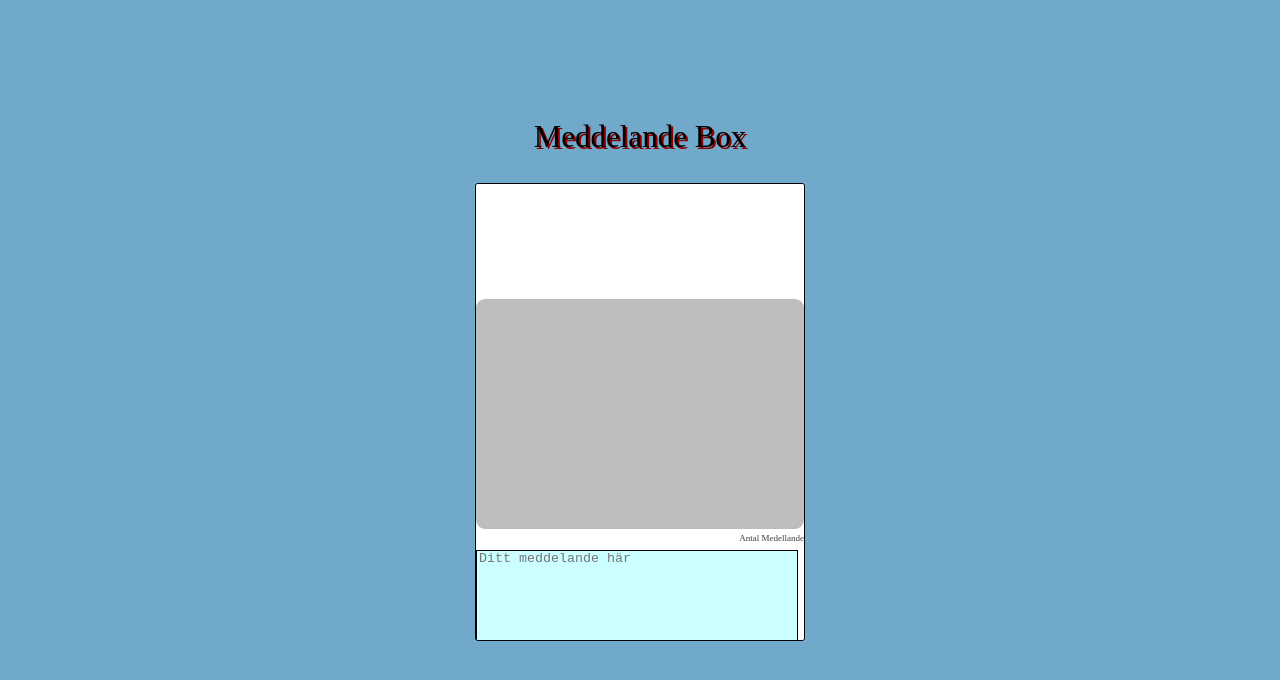
Repository: ls222vy/ls222vy-1dv403-laborationer
Page: 2-labbymezzage/index.html
The author's editor kept a record of every edit. The page is drawn from the files as they stood at one moment, then again after the next edit.
The browser window is 1280 px wide. The pictures show the whole page.

Above is the page before.
Console error: SyntaxError: Unexpected token ';'

After the next edit:
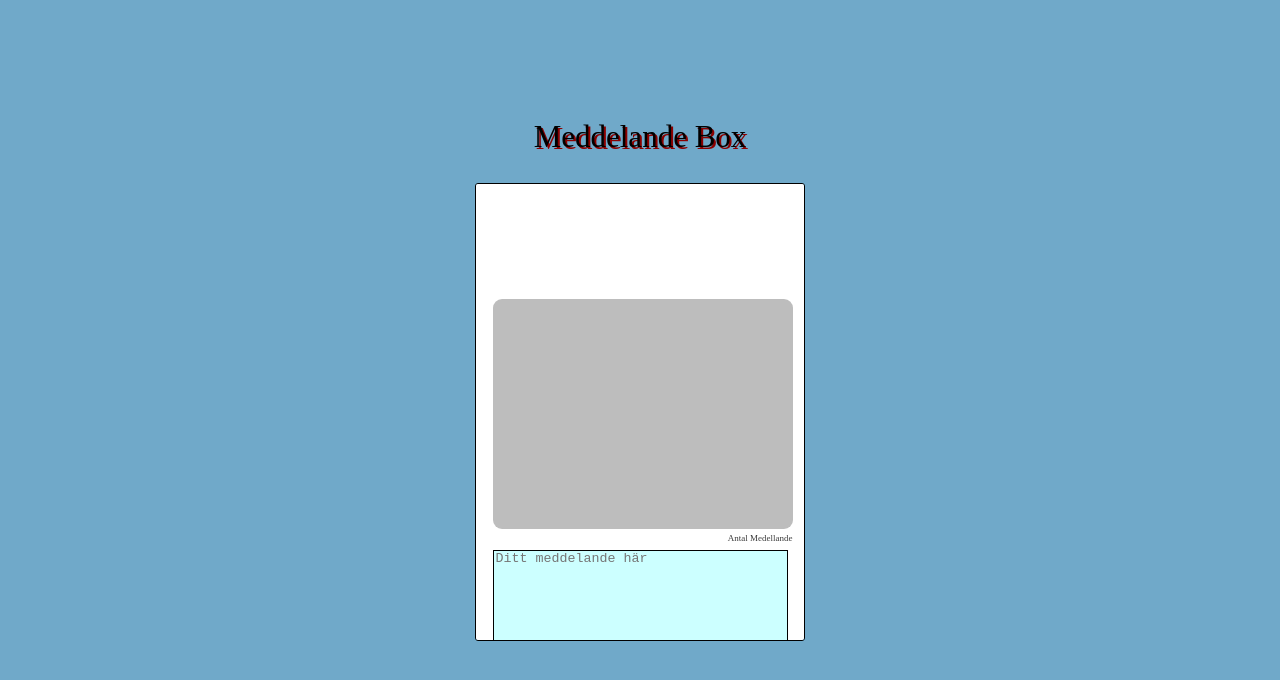
The edit:
--- a/2-labbymezzage/index.html
+++ b/2-labbymezzage/index.html
@@ -20,7 +20,7 @@
     <h1>Meddelande Box</h1>
 <div id="content">
 
-    <div id="messagearea"></div>
+    <div id="messagearea">
 
       <div id="myMessages"></div>
 
